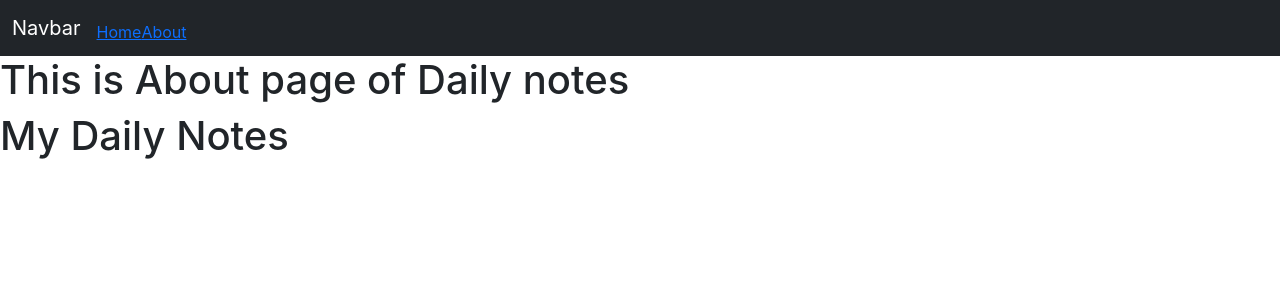
Repository: alphacode77/DailyNotes-react
Page: /about
An editor plug-in stored every save of this project. The page is shown before and after the next save, followed by the edit.
The browser window is 1280 px wide. The pictures show the whole page.
Some web libraries are served in a nearby version. The project was rebuilt for these pictures with package versions that can differ from the ones it lists, and the page was loaded fresh each time. Also part of the build but not shown: src/App.css, src/components/Home.js.

Above is the page before, as saved 2023-02-27 22:58:39.

### public/index.html
<!DOCTYPE html>
<html lang="en">
  <head>
    <meta charset="utf-8" />
    <link rel="icon" href="%PUBLIC_URL%/favicon.ico" />
    <meta name="viewport" content="width=device-width, initial-scale=1" />
    <meta name="theme-color" content="#000000" />
    <meta
      name="description"
      content="Web site created using create-react-app"
    />
    <link rel="apple-touch-icon" href="%PUBLIC_URL%/logo192.png" />
    <!--
      manifest.json provides metadata used when your web app is installed on a
      user's mobile device or desktop. See https://developers.google.com/web/fundamentals/web-app-manifest/
    -->
    <link rel="manifest" href="%PUBLIC_URL%/manifest.json" />
    <!--
      Notice the use of %PUBLIC_URL% in the tags above.
      It will be replaced with the URL of the `public` folder during the build.
      Only files inside the `public` folder can be referenced from the HTML.

      Unlike "/favicon.ico" or "favicon.ico", "%PUBLIC_URL%/favicon.ico" will
      work correctly both with client-side routing and a non-root public URL.
      Learn how to configure a non-root public URL by running `npm run build`.
    -->
    <link href="https://cdn.jsdelivr.net/npm/bootstrap@5.3.0-alpha1/dist/css/bootstrap.min.css" rel="stylesheet" integrity="sha384-GLhlTQ8iRABdZLl6O3oVMWSktQOp6b7In1Zl3/Jr59b6EGGoI1aFkw7cmDA6j6gD" crossorigin="anonymous">
    <title>React App</title>
  </head>
  <body>
    <noscript>You need to enable JavaScript to run this app.</noscript>
    <div id="root"></div>
    <!--
      This HTML file is a template.
      If you open it directly in the browser, you will see an empty page.

      You can add webfonts, meta tags, or analytics to this file.
      The build step will place the bundled scripts into the <body> tag.

      To begin the development, run `npm start` or `yarn start`.
      To create a production bundle, use `npm run build` or `yarn build`.
    -->
    <script src="https://cdn.jsdelivr.net/npm/bootstrap@5.3.0-alpha1/dist/js/bootstrap.bundle.min.js" integrity="sha384-w76AqPfDkMBDXo30jS1Sgez6pr3x5MlQ1ZAGC+nuZB+EYdgRZgiwxhTBTkF7CXvN" crossorigin="anonymous"></script>
    <script src="https://kit.fontawesome.com/320aa9be75.js" crossorigin="anonymous"></script>
  </body>
</html>

### src/index.css
body {
  margin: 0;
  font-family: -apple-system, BlinkMacSystemFont, 'Segoe UI', 'Roboto', 'Oxygen',
    'Ubuntu', 'Cantarell', 'Fira Sans', 'Droid Sans', 'Helvetica Neue',
    sans-serif;
  -webkit-font-smoothing: antialiased;
  -moz-osx-font-smoothing: grayscale;
}

code {
  font-family: source-code-pro, Menlo, Monaco, Consolas, 'Courier New',
    monospace;
}


/* Custom Styles */
i{
  cursor: pointer;
}

### src/App.js
import './App.css';
import Navbar from './components/Navbar';
import Home from './components/Home';
import About from './components/About';
import NoteState from './Context/Notes/NoteState';
import {
  BrowserRouter as Router,
  Route,
  Routes
} from "react-router-dom";

function App() {
  return (
    <>
    <NoteState>

    <Router>
      <Navbar/>
    <Routes>
      <Route exact path="/home" element={<Home/>} />
      <Route exact path="/about" element={<About/>} />
      {/* <Route exactPath="/navbar" element={<Navbar/>} /> */}
    </Routes>
    <h1>My Daily Notes</h1>
  </Router>
  </NoteState>

    </>

  );
}

export default App;

### src/components/Navbar.js
import React, { useEffect }  from 'react'
import { Link,useLocation } from 'react-router-dom'

const Navbar = ()=>{
  let location = useLocation();
  useEffect(()=>{

  },[location])
    return (
     <>
     <nav className="navbar navbar-expand-lg bg-dark navbar-dark">
  <div className="container-fluid">
    <Link className="navbar-brand" to="/">Navbar</Link>
    <button className="navbar-toggler" type="button" data-bs-toggle="collapse" data-bs-target="#navbarSupportedContent" aria-controls="navbarSupportedContent" aria-expanded="false" aria-label="Toggle navigation">
      <span className="navbar-toggler-icon"></span>
    </button>
    <div className="collapse navbar-collapse" id="navbarSupportedContent">
      <ul className="navbar-nav my-2 me-auto mb-2 mb-lg-0">
        <li className="nav-item">
          <Link className={`"nav-link" ${location.pathname==="/home"?"active":""}`}  to="/home">Home</Link>
        </li>
        <li className="nav-item">
          <Link className={`"nav-link" ${location.pathname==="/about"?"active":""}`} to="/about">About</Link>
        </li>
      </ul>

    </div>
  </div>
</nav>
     </>
    )
}

export default Navbar

### src/components/About.js
import React from 'react'

const About = () => {
  return (
    <div>
        <h1>This is About page of Daily notes</h1>
    </div>
  )
}

export default About

### src/Context/Notes/NoteState.js
import React,{useState} from "react";
import NoteContext from "./NoteContext"


const NoteState = (props)=>{

   const initalNotes= [
    {
      "_id": "63f3b6c7c6863985aada677be",
      "user": "63f20b9a00ad623ad3d4dae2",
      "title": "This is my second title",
      "description": "Description of the second note",
      "tag": "demo check",
      "date": "2023-02-20T18:07:03.296Z",
      "__v": 0
    },
    {
      "_id": "63f3b892a33086ff244bcc267",
      "user": "63f20b9a00ad623ad3d4dae2",
      "title": "This is my second title",
      "description": "Description of the second note",
      "tag": "demo check",
      "date": "2023-02-20T18:14:42.184Z",
      "__v": 0
    },
    {
      "_id": "63f3b89ca34086ff244bcc26b",
      "user": "63f20b9a00ad623ad3d4dae2",
      "title": "This is my second title12",
      "description": "Description of the second note12",
      "tag": "demo check",
      "date": "2023-02-20T18:14:52.449Z",
      "__v": 0
    },
    {
      "_id": "63f49f58882156f0ed94969e",
      "user": "63f20b9a00ad623ad3d4dae2",
      "title": "This is my third title",
      "description": "Description of the third note",
      "tag": "personal",
      "date": "2023-02-21T10:39:20.800Z",
      "__v": 0
    },
    {
      "_id": "63f49f588821565f0ed94969e",
      "user": "63f20b9a00ad623ad3d4dae2",
      "title": "This is my third title",
      "description": "Description of the third note",
      "tag": "personal",
      "date": "2023-02-21T10:39:20.800Z",
      "__v": 0
    },
    {
      "_id": "63f90022ae5c6479c6e95d43e",
      "user": "63f20b9a00ad623ad3d4dae2",
      "title": "This is my fourth title",
      "description": "Description of the fourth note",
      "tag": "personal",
      "date": "2023-02-24T18:21:30.036Z",
      "__v": 0
    },
    {
      "_id": "63f90b33480d3d651f2ba231",
      "user": "63f20b9a00ad623ad3d4dae2",
      "title": "This is my fifth title",
      "description": "Description of the fifth note",
      "tag": "personal",
      "date": "2023-02-24T19:08:35.605Z",
      "__v": 0
    }
  ]
const [notes,setNotes]=useState(initalNotes)

  //Add Notes
const addNote=(title,description,tag)=>{
  let note={
  "_id": "63f90022ae5c6479c6e95d43e",
  "user": "63f20b9a00ad623ad3d4dae2",
  "title": title,
  "description": description,
  "tag": tag,
  "date": "2023-02-24T18:21:30.036Z",
  "__v": 0
  }
setNotes(notes.concat (note))
}

//Delete Notes
const deleteNote=()=>{

}

//Update Notes
const updateNote= ()=>{

}
    return (
        <NoteContext.Provider value={{notes,setNotes,addNote,deleteNote,updateNote}}>
            {props.children}
        </NoteContext.Provider>

    )
}

export default NoteState;

### src/Context/Notes/NoteContext.js
import {createContext} from 'react'

const NoteContext = createContext();

export default NoteContext;

Loaded but not shown: src/index.js (common file)

After the next save:
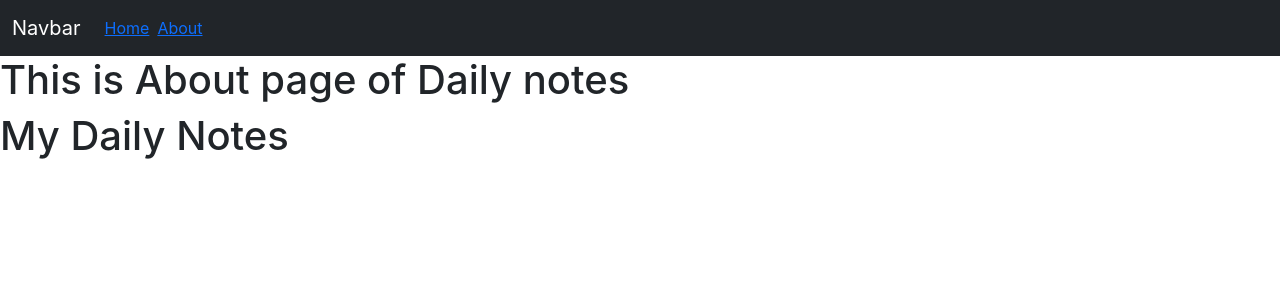
Saved 2 min 20 s later.
--- a/src/components/Navbar.js
+++ b/src/components/Navbar.js
@@ -15,9 +15,9 @@ const Navbar = ()=>{
       <span className="navbar-toggler-icon"></span>
     </button>
     <div className="collapse navbar-collapse" id="navbarSupportedContent">
-      <ul className="navbar-nav my-2 me-auto mb-2 mb-lg-0">
-        <li className="nav-item">
-          <Link className={`"nav-link" ${location.pathname==="/home"?"active":""}`}  to="/home">Home</Link>
+      <ul className="navbar-nav me-auto mb-2 mb-lg-0">
+        <li className="nav-item mx-2">
+          <Link className={`"nav-link" ${location.pathname==="/home"?"active":""}`} aria-current="page" to="/home">Home</Link>
         </li>
         <li className="nav-item">
           <Link className={`"nav-link" ${location.pathname==="/about"?"active":""}`} to="/about">About</Link>
